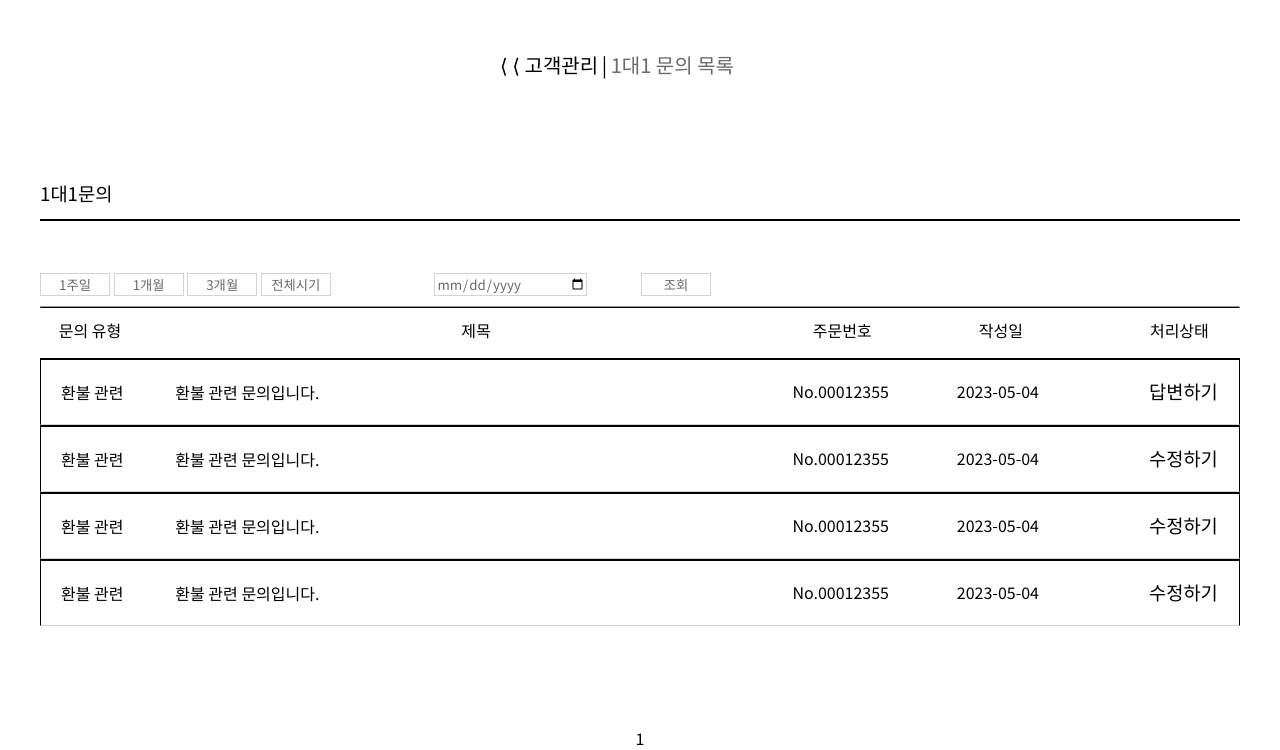
Repository: mcw9503/PassionForFashion
Page: Semi_Project/src/main/webapp/WEB-INF/QnaPage2.html
These files come from the project's save history. The page is drawn as it stood at one moment and after the next save; the edit follows.
The browser window is 1280 px wide. The pictures show the whole page.

Above is the page before, as saved 2023-05-08 13:18:26.

### Semi_Project/src/main/webapp/WEB-INF/QnaPage2.html
<!DOCTYPE html>
<html>
<head>
<meta charset="UTF-8">
<title>Insert title here</title>
<link href="https://fonts.googleapis.com/earlyaccess/notosanskr.css"
	rel="stylesheet">
</head>

<style>

* {
	outline: none;
	margin: 0;
	font-family: 'Noto Sans KR', sans-serif;
}

input[id*="answer"] {
	display: none;
}

input[id*="answer"] + label {
	display:block;
	padding:20px;
	border:1px solid black;
	border-top:2px solid black;
	border-bottom: 1px solid lightgray;
	color:black;
	font-weight:200;
	background: white;
	position: relative;
}


input[id*="answer"] + label h3 {
	position: absolute;
	top: 50%;
	right:10px;
	width:80px;
	height:30px;
	margin-top: -15px;
	border-top: none:
	background: white;
	font-weight: 200;
}

input[id*="answer"] + label span {
	position: absolute;
	top: 30%;
	right:200px;
}



input[id*="answer"] + label + div {
	max-height: 0;
	transition: all .35s;
	overflow: hidden;
	background: white;
	font-size: 11px;
	border-left: 1px solid lightgray;
	border-right: 1px solid lightgray;
}

input[id*="answer"] + label + div:last-child{
	border-bottom : 1px solid black;
}

input[id*="answer"] + label + div p {
	display:inline-block;
	padding:20px;
}

input[id*="answer"]:checked + label + div {
	max-height: 500px;
}
.qnaCategoy {
font-weight: 500;
}
hr{
border-bottom: 1px solid black;
}
div button {
	color: dimgray;
	background:white;
	border: 1px solid lightgray;
	margin-bottom: 10px;
	width: 70px;
}

div button:active{
	color: black;
	background:white;
	border: 0.5px solid black;
}

div form input {
	color: dimgray;
	background:white;
	border: 1px solid lightgray;
	margin-bottom: 10px;
	width: 70px;
}

div form input:active {
	color: black;
	background:white;
	border: 0.5px solid black;
}

thead th {
 text-align: center;
 justify-content: space-between;
 border-bottom: 1px solid lightgray;
}

tbody td {
 text-align: center;
 justify-content: space-between;
 height: 60px;
 border-bottom: 1px solid lightgray;
}

tbody td:first-child{
 font-weight: 400;
}

tbody td span:last-child {
border: none;
}


tbody td span {
	display: inline-block;
	width: 100%;
	height: 30px;
	color:white;
	background: black;
}

table {
	width: 100%;
	text-align: center;
	border: 1px solid black;
}



</style>
<body>
	<div style="display:inline-block; margin-left: 500px; margin-bottom: 100px; margin-top: 50px; font-size: 20px;">&lang; &lang; 고객관리 </div>
	<span style="font-size: 20px;">|</span>
	 <span style="color:dimgray;font-size: 20px;">  1대1 문의 목록</span>

	<div class="qnaWrap" style="width: 1200px; margin: auto;" >

		<h3 style="font-weight: 400; margin-bottom: 30px; border-bottom: 2px solid black; height: 40px;"> 1대1문의</h3>
		<div style="margin-top: 50px;">
			<form>
				<button type="button">1주일</button>
				<button type="button">1개월</button>
				<button type="button">3개월</button>
				<button type="button" name="date">전체시기</button>
				<input type="date" name="date" style="width:  150px; margin-left: 100px; margin-right: 50px;">
				<input type="submit" name="submit" value="조회">
			</form>
		</div>

		<hr style="margin-bottom: 10px; font-weight: 800; color:black;">

		<div style="display: inline-block; text-align: center; width: 100px; height: 40px;">
			<p>문의 유형</p>
		</div>
		<div style="display: inline-block; text-align: center; width: 665px; height: 40px;">
			<p> 제목 </p>
		</div>
		<div style="display: inline-block; text-align: center; width: 60px; height: 40px; margin-right:75px;">
			<p> 주문번호 </p>
		</div>
		<div style="display: inline-block; text-align: center; width: 100px; height: 40px; margin-right: 80px;">
			<p> 작성일 </p>
		</div>
		<div style="display: inline-block; text-align: center; width: 90px; height: 40px; ">
			<p> 처리상태 </p>
		</div>

		<input type="checkbox" id="answer01">
		<label for="answer01">
		<div class="qnaCategoy" style="display: inline-block; width: 100px;">환불 관련</div>
		&nbsp;&nbsp;
		환불 관련 문의입니다.
		<span style="margin-right: 150px;">No.00012355</span>
		<span>2023-05-04</span>
		<h3 class="ansComplete"style="margin-left: 15px; ">답변하기</h3></label>
		<div>
			<p class="qnaAnswer"></p>
		</div>

		<input type="checkbox" id="answer02">
		<label for="answer02">
		<div class="qnaCategoy" style="display: inline-block; width: 100px;">환불 관련</div>
		&nbsp;&nbsp;
		환불 관련 문의입니다.
		<span style="margin-right: 150px;">No.00012355</span>
		<span>2023-05-04</span>
		<h3 class="ansComplete" style="margin-left: 15px;"></h3></label>
		<div>
			<p class="qnaAnswer">답변완료 해드렸습니다.</p>
		</div>

		<input type="checkbox" id="answer03">
		<label for="answer03">
		<div class="qnaCategoy" style="display: inline-block; width: 100px;">환불 관련</div>
		&nbsp;&nbsp;
		환불 관련 문의입니다.
		<span style="margin-right: 150px;">No.00012355</span>
		<span>2023-05-04</span><h3 class="ansComplete" style="margin-left: 15px;">답변하기</h3></label>
		<div>
			<p class="qnaAnswer">답변완료 해드렸습니다. 다른 문의는 더 필요 없으신가요.
			저희 쇼핑몰을 이용해주셔서 감사드립니다. 좋은 하루 보내세요.</p>
		</div>

		<input type="checkbox" id="answer04">
		<label for="answer04">
		<div class="qnaCategoy" style="display: inline-block; width: 100px;">환불 관련</div>
		&nbsp;&nbsp;
		환불 관련 문의입니다.
		<span style="margin-right: 150px;">No.00012355</span>
		<span>2023-05-04</span><h3  class="ansComplete" style="margin-left: 15px;">답변하기</h3></label>
		<div>
			<p class="qnaAnswer">답변완료 해드렸습니다. 다른 문의는 더 필요 없으신가요.
			저희 쇼핑몰을 이용해주셔서 감사드립니다. 좋은 하루 보내세요.</p>
		</div>

		<div class="pageNum" style="margin-top: 100px; text-align: center;">1</div>

	</div>



	<script>
	window.onload = function(){
	const qnaAnswer = document.querySelectorAll(".qnaAnswer");
	const ansComplete = document.querySelectorAll(".ansComplete");


		for(i=0; i<qnaAnswer.length; i++){
			if(qnaAnswer[i].innerText == ""){
				ansComplete[i].innerText="답변하기";
			}else{
				ansComplete[i].innerText = "수정하기";
			}

		}



	}

	</script>

</body>
</html>

After the next save:
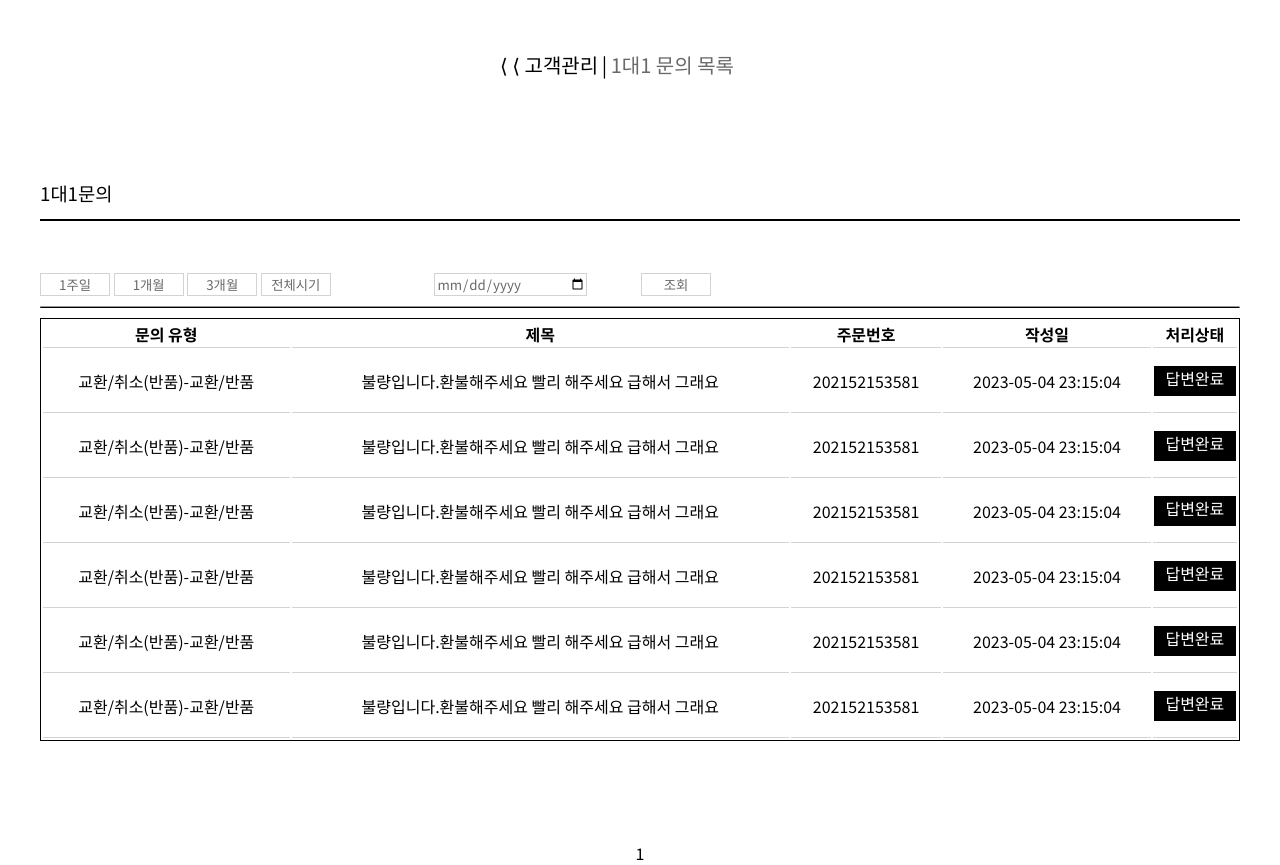
Saved 4 min 1 s later.
--- a/Semi_Project/src/main/webapp/WEB-INF/QnaPage2.html
+++ b/Semi_Project/src/main/webapp/WEB-INF/QnaPage2.html
@@ -168,69 +168,63 @@ table {
 
 		<hr style="margin-bottom: 10px; font-weight: 800; color:black;">
 
-		<div style="display: inline-block; text-align: center; width: 100px; height: 40px;">
-			<p>문의 유형</p>
-		</div>
-		<div style="display: inline-block; text-align: center; width: 665px; height: 40px;">
-			<p> 제목 </p>
-		</div>
-		<div style="display: inline-block; text-align: center; width: 60px; height: 40px; margin-right:75px;">
-			<p> 주문번호 </p>
-		</div>
-		<div style="display: inline-block; text-align: center; width: 100px; height: 40px; margin-right: 80px;">
-			<p> 작성일 </p>
-		</div>
-		<div style="display: inline-block; text-align: center; width: 90px; height: 40px; ">
-			<p> 처리상태 </p>
-		</div>
-
-		<input type="checkbox" id="answer01">
-		<label for="answer01">
-		<div class="qnaCategoy" style="display: inline-block; width: 100px;">환불 관련</div>
-		&nbsp;&nbsp;
-		환불 관련 문의입니다.
-		<span style="margin-right: 150px;">No.00012355</span>
-		<span>2023-05-04</span>
-		<h3 class="ansComplete"style="margin-left: 15px; ">답변하기</h3></label>
-		<div>
-			<p class="qnaAnswer"></p>
-		</div>
-
-		<input type="checkbox" id="answer02">
-		<label for="answer02">
-		<div class="qnaCategoy" style="display: inline-block; width: 100px;">환불 관련</div>
-		&nbsp;&nbsp;
-		환불 관련 문의입니다.
-		<span style="margin-right: 150px;">No.00012355</span>
-		<span>2023-05-04</span>
-		<h3 class="ansComplete" style="margin-left: 15px;"></h3></label>
-		<div>
-			<p class="qnaAnswer">답변완료 해드렸습니다.</p>
-		</div>
-
-		<input type="checkbox" id="answer03">
-		<label for="answer03">
-		<div class="qnaCategoy" style="display: inline-block; width: 100px;">환불 관련</div>
-		&nbsp;&nbsp;
-		환불 관련 문의입니다.
-		<span style="margin-right: 150px;">No.00012355</span>
-		<span>2023-05-04</span><h3 class="ansComplete" style="margin-left: 15px;">답변하기</h3></label>
-		<div>
-			<p class="qnaAnswer">답변완료 해드렸습니다. 다른 문의는 더 필요 없으신가요.
-			저희 쇼핑몰을 이용해주셔서 감사드립니다. 좋은 하루 보내세요.</p>
-		</div>
-
-		<input type="checkbox" id="answer04">
-		<label for="answer04">
-		<div class="qnaCategoy" style="display: inline-block; width: 100px;">환불 관련</div>
-		&nbsp;&nbsp;
-		환불 관련 문의입니다.
-		<span style="margin-right: 150px;">No.00012355</span>
-		<span>2023-05-04</span><h3  class="ansComplete" style="margin-left: 15px;">답변하기</h3></label>
-		<div>
-			<p class="qnaAnswer">답변완료 해드렸습니다. 다른 문의는 더 필요 없으신가요.
-			저희 쇼핑몰을 이용해주셔서 감사드립니다. 좋은 하루 보내세요.</p>
-		</div>
+		<table>
+		<thead style="text-align: center;">
+			<tr>
+				<th>문의 유형</th>
+				<th>제목</th>
+				<th>주문번호</th>
+				<th>작성일</th>
+				<th>처리상태</th>
+			</tr>
+		</thead>
+
+		<tbody>
+			<tr>
+				<td>교환/취소(반품)-교환/반품</td>
+				<td>불량입니다.환불해주세요 빨리 해주세요 급해서 그래요</td>
+				<td>202152153581</td>
+				<td>2023-05-04 23:15:04</td>
+				<td><span>답변완료</span></td>
+			</tr>
+			<tr>
+				<td>교환/취소(반품)-교환/반품</td>
+				<td>불량입니다.환불해주세요 빨리 해주세요 급해서 그래요</td>
+				<td>202152153581</td>
+				<td>2023-05-04 23:15:04</td>
+				<td><span>답변완료</span></td>
+			</tr>
+			<tr>
+				<td>교환/취소(반품)-교환/반품</td>
+				<td>불량입니다.환불해주세요 빨리 해주세요 급해서 그래요</td>
+				<td>202152153581</td>
+				<td>2023-05-04 23:15:04</td>
+				<td><span>답변완료</span></td>
+			</tr>
+			<tr>
+				<td>교환/취소(반품)-교환/반품</td>
+				<td>불량입니다.환불해주세요 빨리 해주세요 급해서 그래요</td>
+				<td>202152153581</td>
+				<td>2023-05-04 23:15:04</td>
+				<td><span>답변완료</span></td>
+			</tr>
+			<tr>
+				<td>교환/취소(반품)-교환/반품</td>
+				<td>불량입니다.환불해주세요 빨리 해주세요 급해서 그래요</td>
+				<td>202152153581</td>
+				<td>2023-05-04 23:15:04</td>
+				<td><span>답변완료</span></td>
+			</tr>
+			<tr>
+				<td>교환/취소(반품)-교환/반품</td>
+				<td>불량입니다.환불해주세요 빨리 해주세요 급해서 그래요</td>
+				<td>202152153581</td>
+				<td>2023-05-04 23:15:04</td>
+				<td><span>답변완료</span></td>
+			</tr>
+		</tbody>
+
+	</table>
 
 		<div class="pageNum" style="margin-top: 100px; text-align: center;">1</div>
 
@@ -238,26 +232,6 @@ table {
 
 
 
-	<script>
-	window.onload = function(){
-	const qnaAnswer = document.querySelectorAll(".qnaAnswer");
-	const ansComplete = document.querySelectorAll(".ansComplete");
-
-
-		for(i=0; i<qnaAnswer.length; i++){
-			if(qnaAnswer[i].innerText == ""){
-				ansComplete[i].innerText="답변하기";
-			}else{
-				ansComplete[i].innerText = "수정하기";
-			}
-
-		}
-
-
-
-	}
-
-	</script>
 
 </body>
 </html>
